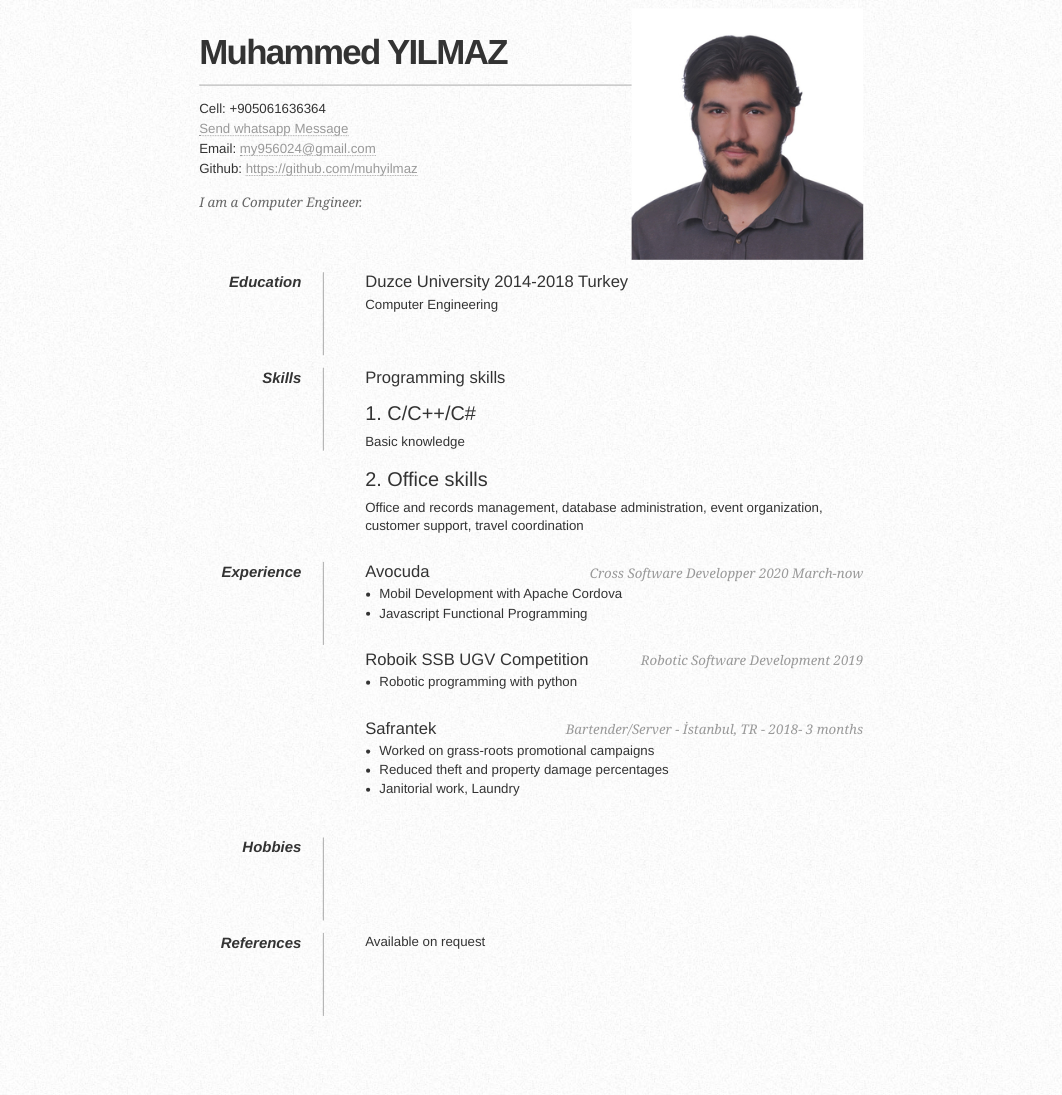
Repository: muhyilmaz/muhyilmaz.github.io
Page: index.html
The author's editor kept a copy of each file at every save. The page is drawn from the files as they stood at one save, then again after the next save.
The browser window is 1280 px wide. The pictures show the whole page, at 83% of full size.

Above is the page before, as saved 2020-06-08 18:27:05.

After the next save:
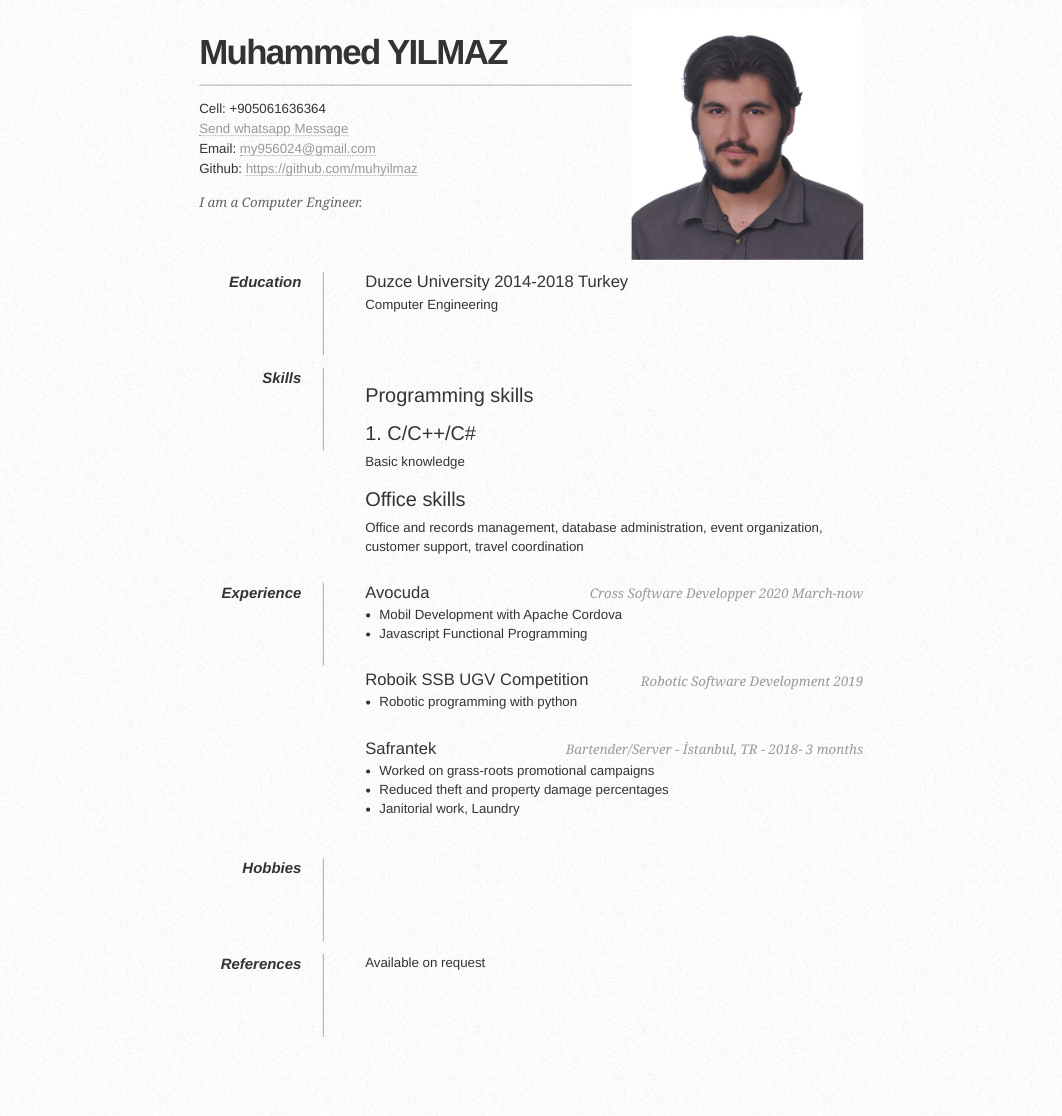
Saved 19 s later.
--- a/index.html
+++ b/index.html
@@ -84,7 +84,7 @@
                 <h2>Computer skills</h2>
                 <p>Microsoft productivity software (Word, Excel, etc), Adobe Creative Suite, Windows</p>
 				-->
-				<h2>Programming skills</h2>
+				<h3>Programming skills</h3>
 				<h3>1. C/C++/C# </h3>
                 <p>Basic knowledge </p>
                 <!--
@@ -94,7 +94,7 @@
                     </div>
                   </div>
 				-->
-				<h3>2. Office skills</h3>
+				<h3>Office skills</h3>
                 <p>Office and records management, database administration, event organization, customer support, travel coordination</p>
 			</dd>
 
